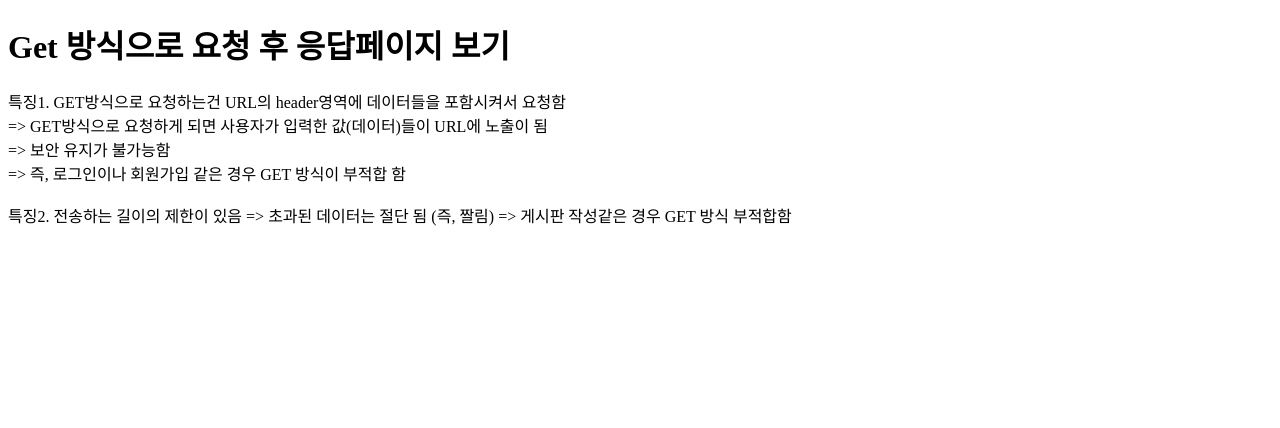
Repository: pje00427/webserver_workspace1
Page: 1_Servlet/WebContent/views/requestTest_GET.html
These files come from the project's save history. The page is drawn as it stood at one moment and after the next save; the edit follows.
The browser window is 1280 px wide. The pictures show the whole page.

Above is the page before, as saved 2020-08-27 05:04:20.

### 1_Servlet/WebContent/views/requestTest_GET.html
<!DOCTYPE html>
<html>
<head>
<meta charset="UTF-8">
<title>Insert title here</title>
</head>
<body>
	<h1>Get 방식으로 요청 후 응답페이지 보기</h1>

	<p>
		특징1. GET방식으로 요청하는건 URL의 header영역에 데이터들을 포함시켜서 요청함<br>
			=> GET방식으로 요청하게 되면 사용자가 입력한 값(데이터)들이 URL에 노출이 됨 <br>
			=> 보안 유지가 불가능함 <br>
			=> 즉, 로그인이나 회원가입 같은 경우 GET 방식이 부적합 함 <br><br>

		특징2. 전송하는 길이의 제한이 있음 => 초과된 데이터는 절단 됨 (즉, 짤림) => 게시판 작성같은 경우 GET 방식 부적합함

	</p>

</body>
</html>

After the next save:
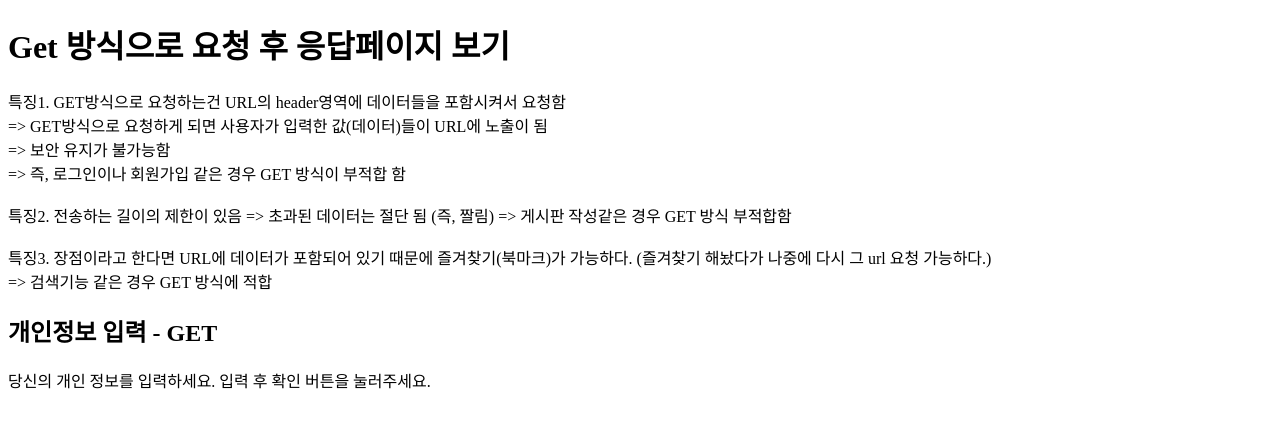
Saved 5 min 13 s later.
--- a/1_Servlet/WebContent/views/requestTest_GET.html
+++ b/1_Servlet/WebContent/views/requestTest_GET.html
@@ -13,9 +13,19 @@
 			=> 보안 유지가 불가능함 <br>
 			=> 즉, 로그인이나 회원가입 같은 경우 GET 방식이 부적합 함 <br><br>
 
-		특징2. 전송하는 길이의 제한이 있음 => 초과된 데이터는 절단 됨 (즉, 짤림) => 게시판 작성같은 경우 GET 방식 부적합함
+		특징2. 전송하는 길이의 제한이 있음 => 초과된 데이터는 절단 됨 (즉, 짤림) => 게시판 작성같은 경우 GET 방식 부적합함<br><br>
 
+		특징3. 장점이라고 한다면 URL에 데이터가 포함되어 있기 때문에 즐겨찾기(북마크)가 가능하다. (즐겨찾기 해놨다가 나중에 다시 그 url 요청 가능하다.)<br>
+			=> 검색기능 같은 경우 GET 방식에 적합
 	</p>
+
+	<h2>개인정보 입력 - GET</h2>
+
+	<p>당신의 개인 정보를 입력하세요. 입력 후 확인 버튼을 눌러주세요.</p>
+
+	<form>
+
+	</form>
 
 </body>
 </html>
